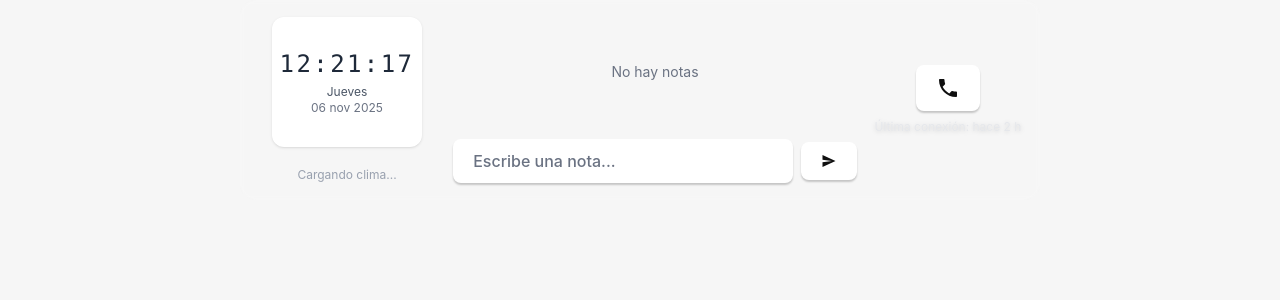
Repository: CodeByEvans/my-romantic-widget
Page: /
An editor plug-in stored every save of this project. The page is shown before and after the next save, followed by the edit.
The browser window is 1280 px wide. The pictures show the whole page.
The page's requests for data from a server got no answer. The project was rebuilt for these pictures with package versions that can differ from the ones it lists, and the page was loaded fresh each time. No one was signed in, and anything a server would have sent is missing. Also part of the build but not shown: vite.config.ts.

Above is the page before, as saved 2025-11-06 14:38:06.

### src/App.tsx
import "./App.css";
import { Clock } from "./components/Clock";
import { WeatherWidget } from "./components/WeatherWidget";
import { NotesList } from "./components/NotesList";
import { NoteInput } from "./components/NoteInput";
import { CallButton } from "./components/CallButton";

function App() {
  return (
    <main
      data-tauri-drag-region
      className="w-[800px] h-[200px] mx-auto flex items-center justify-between gap-4 p-4 bg-/white/10 backdrop-blur-[2px] rounded-2xl border border-white/10
      before:content-[''] before:absolute before:inset-0 before:rounded-2xl before:border before:border-white/20
      "
    >
      {/* Clima + Reloj */}
      <section className="flex flex-col justify-between items-center h-full w-[180px] gap-2">
        <Clock />
        <WeatherWidget />
      </section>

      {/* Notas + input */}
      <section className="flex flex-col justify-between h-full flex-1">
        <NotesList />
        <NoteInput />
      </section>

      {/* Llamada */}
      <section className="flex flex-col justify-center items-center h-full w-[150px]">
        <CallButton />
        <p className="text-xs text-gray-200 mt-2 drop-shadow-sm">
          Última conexión: hace 2 h
        </p>
      </section>
    </main>
  );
}

export default App;

### src/App.css
@import "tailwindcss";

.logo.vite:hover {
  filter: drop-shadow(0 0 2em #747bff);
}

.logo.react:hover {
  filter: drop-shadow(0 0 2em #61dafb);
}
:root {
  font-family: Inter, Avenir, Helvetica, Arial, sans-serif;
  font-size: 16px;
  line-height: 24px;
  font-weight: 400;

  color: #0f0f0f;
  background-color: #f6f6f6;

  font-synthesis: none;
  text-rendering: optimizeLegibility;
  -webkit-font-smoothing: antialiased;
  -moz-osx-font-smoothing: grayscale;
  -webkit-text-size-adjust: 100%;
  -webkit-app-region: drag;
}

.container {
  margin: 0;
  padding-top: 10vh;
  display: flex;
  flex-direction: column;
  justify-content: center;
  text-align: center;
}

.logo {
  height: 6em;
  padding: 1.5em;
  will-change: filter;
  transition: 0.75s;
}

.logo.tauri:hover {
  filter: drop-shadow(0 0 2em #24c8db);
}

.row {
  display: flex;
  justify-content: center;
}

a {
  font-weight: 500;
  color: #646cff;
  text-decoration: inherit;
}

a:hover {
  color: #535bf2;
}

h1 {
  text-align: center;
}

input,
button {
  border-radius: 8px;
  border: 1px solid transparent;
  padding: 0.6em 1.2em;
  font-size: 1em;
  font-weight: 500;
  font-family: inherit;
  color: #0f0f0f;
  background-color: #ffffff;
  transition: border-color 0.25s;
  box-shadow: 0 2px 2px rgba(0, 0, 0, 0.2);
  -webkit-app-region: no-drag;
}

button {
  cursor: pointer;
}

button:hover {
  border-color: #396cd8;
}
button:active {
  border-color: #396cd8;
  background-color: #e8e8e8;
}

input,
button {
  outline: none;
}

#greet-input {
  margin-right: 5px;
}

@media (prefers-color-scheme: dark) {
  :root {
    color: #f6f6f6;
  }

  a:hover {
    color: #24c8db;
  }

  input,
  button {
    color: #ffffff;
    background-color: #0f0f0f98;
  }
  button:active {
    background-color: #0f0f0f69;
  }
}

### src/components/Clock.tsx
import { useEffect, useState } from "react";

export const Clock = () => {
  const [time, setTime] = useState(new Date());

  useEffect(() => {
    const interval = setInterval(() => {
      setTime(new Date());
    }, 1000);
    return () => clearInterval(interval);
  }, []);

  const hours = time.getHours().toString().padStart(2, "0");
  const minutes = time.getMinutes().toString().padStart(2, "0");
  const seconds = time.getSeconds().toString().padStart(2, "0");

  const day = time.toLocaleDateString("es-ES", { weekday: "long" });
  const date = time.toLocaleDateString("es-ES", {
    day: "2-digit",
    month: "short",
    year: "numeric",
  });

  return (
    <div className="bg-white rounded-xl shadow-sm px-3 py-2 flex flex-col items-center justify-center w-[150px] h-[130px] backdrop-blur-sm">
      <p className="text-2xl font-mono tracking-widest text-gray-800">
        {hours}:{minutes}:{seconds}
      </p>
      <p className="text-xs text-gray-600 mt-1 capitalize">{day}</p>
      <p className="text-xs text-gray-500">{date}</p>
    </div>
  );
};

### src/components/WeatherWidget.tsx
import { JSX } from "react";
import { useWeather } from "../hooks/useWeather";
import {
  WiDaySunny,
  WiCloud,
  WiRain,
  WiSnow,
  WiThunderstorm,
  WiFog,
  WiDayHaze,
} from "react-icons/wi";

const weatherStyles: Record<string, { gradient: string; icon: JSX.Element }> = {
  Thunderstorm: {
    gradient: "from-indigo-800 via-purple-700 to-indigo-900 text-white",
    icon: <WiThunderstorm size={28} />,
  },
  Drizzle: {
    gradient: "from-sky-400 via-sky-500 to-blue-600 text-white",
    icon: <WiRain size={28} />,
  },
  Rain: {
    gradient: "from-blue-500 via-indigo-500 to-blue-700 text-white",
    icon: <WiRain size={28} />,
  },
  Snow: {
    gradient: "from-cyan-100 via-blue-100 to-blue-300 text-gray-700",
    icon: <WiSnow size={28} />,
  },
  Mist: {
    gradient: "from-gray-200 via-gray-300 to-gray-400 text-gray-800",
    icon: <WiFog size={28} />,
  },
  Haze: {
    gradient: "from-amber-200 via-amber-300 to-amber-400 text-gray-800",
    icon: <WiDayHaze size={28} />,
  },
  Clear: {
    gradient: "from-yellow-200 via-orange-300 to-pink-400 text-gray-900",
    icon: <WiDaySunny size={28} />,
  },
  Clouds: {
    gradient: "from-gray-300 via-gray-400 to-gray-600 text-gray-900",
    icon: <WiCloud size={28} />,
  },
  Fog: {
    gradient: "from-gray-300 via-gray-400 to-gray-500 text-gray-900",
    icon: <WiFog size={28} />,
  },
};

export const WeatherWidget = () => {
  const { data, loading, errorWeather } = useWeather();

  if (errorWeather)
    return <div className="text-xs text-red-400">{errorWeather}</div>;
  if (loading || !data)
    return <div className="text-xs text-gray-400">Cargando clima...</div>;

  const [city, info] = Object.entries(data)[0] || [];
  const temp = Math.round(info.main.temp);
  const condition = info.weather[0].main;

  const style = weatherStyles[condition] || weatherStyles["Clouds"];

  return (
    <div
      className={`relative flex flex-col items-center justify-center rounded-2xl
                  bg-gradient-to-br ${style.gradient} w-[150px] h-[100px]
                  backdrop-blur-md bg-opacity-70 shadow-[0_2px_10px_rgba(0,0,0,0.3)]
                  border border-white/20 overflow-hidden transition-all duration-500`}
    >
      {/* sutil capa de brillo animado */}
      <div className="absolute inset-0 bg-white/10 opacity-0 hover:opacity-20 transition-opacity duration-500" />

      {/* borde de reflejo superior */}
      <div className="absolute top-0 left-0 right-0 h-[1px] bg-white/40" />

      {/* contenido */}
      <div className="flex items-center gap-2">
        <div className="animate-pulse-slow">{style.icon}</div>
        <div className="flex flex-col items-start leading-tight">
          <h2 className="text-xs font-semibold tracking-wide drop-shadow-sm">
            {city}
          </h2>
          <p className="text-lg font-bold drop-shadow-sm">{temp}°C</p>
        </div>
      </div>
    </div>
  );
};

### src/components/NotesList.tsx
import { useRealTimeNotes } from "../hooks/useRealTimeNotes";

export const NotesList = () => {
  const notes = useRealTimeNotes();

  const sortedNotes = [...notes].sort(
    (a, b) =>
      new Date(b.created_at).getTime() - new Date(a.created_at).getTime()
  );

  const noteToShow = sortedNotes[0];
  if (!noteToShow)
    return (
      <div className="flex items-center justify-center h-[110px] text-gray-500 text-sm">
        No hay notas
      </div>
    );

  return (
    <div className="bg-white rounded-xl backdrop-blur-sm shadow-inner p-3 h-[110px] overflow-hidden">
      <div className="flex justify-between items-center mb-1">
        <h3 className="font-semibold text-sm text-gray-700">
          {noteToShow.from}
        </h3>
        <small className="text-xs text-gray-400">
          {new Date(noteToShow.created_at).toLocaleString()}
        </small>
      </div>
      <p className="text-gray-700 text-sm italic line-clamp-3">
        {noteToShow.message}
      </p>
    </div>
  );
};

### src/components/NoteInput.tsx
import { IoMdSend } from "react-icons/io";

export const NoteInput = () => {
  return (
    <form className="flex items-center gap-2 mt-2">
      <input
        type="text"
        placeholder="Escribe una nota..."
        className="flex-1 text-sm px-3 py-2 rounded-lg bg-white text-gray-800 placeholder-gray-500 focus:outline-none focus:ring-2 focus:ring-blue-300 transition-all"
      />
      <button
        type="submit"
        className="p-2 bg-blue-500 rounded-full text-white hover:bg-blue-600 transition-colors"
      >
        <IoMdSend size={16} />
      </button>
    </form>
  );
};

### src/components/CallButton.tsx
import { IoMdCall } from "react-icons/io";

export const CallButton = () => {
  return (
    <div className="flex flex-col items-center justify-center">
      <button className="p-4 bg-green-500 text-white rounded-full shadow-md hover:bg-green-600 hover:scale-105 transition-transform">
        <IoMdCall size={24} />
      </button>
    </div>
  );
};

### src/hooks/useWeather.ts
import { useEffect, useState } from "react";
import {
  getCityByCoordinates,
  getWeatherByCity,
} from "../services/weatherService";
import { WeatherData } from "../types/weather";
import { useGeolocation } from "./useGeolocation";

export const useWeather = () => {
  const { coords, error } = useGeolocation();
  const [data, setData] = useState<Record<string, WeatherData> | null>(null);
  const [loading, setLoading] = useState<boolean>(false);
  const [errorWeather, setErrorWeather] = useState<string | null>(null);

  useEffect(() => {
    if (error) setErrorWeather(error);
  }, [error]);

  useEffect(() => {
    if (!coords) return;

    const fetchWeather = async () => {
      setLoading(true);
      try {
        const city = await getCityByCoordinates(
          coords.latitude,
          coords.longitude
        );
        const weather = await getWeatherByCity(city[0].name);
        setData({ [city[0].name]: weather });
      } catch (error) {
        console.error(error);
      } finally {
        setLoading(false);
      }
    };

    fetchWeather();
  }, [coords]);

  return { data, loading, errorWeather };
};

### src/hooks/useRealTimeNotes.ts
import { useEffect, useState } from "react";
import z from "zod";
import { supabase } from "../services/supabaseClient";

const noteSchema = z.object({
  id: z.number(),
  from: z.string(),
  message: z.string(),
  created_at: z.string(),
});

type Note = z.infer<typeof noteSchema>;

export const useRealTimeNotes = () => {
  const [notes, setNotes] = useState<Note[]>([]);

  useEffect(() => {
    // Cargar notas iniciales
    supabase
      .from<"notes", Note>("notes")
      .select("*")
      .then(({ data, error }) => {
        if (data) {
          setNotes(data);
          console.log("Notas cargadas:", data);
        } else {
          console.error("Error fetching notes:", error);
        }
      });

    // Suscripción en tiempo real
    const channel = supabase
      .channel("public:notes")
      .on(
        "postgres_changes",
        { event: "*", schema: "public", table: "notes" },
        (payload) => {
          console.log("Cambio dettectado:", payload);

          if (payload.eventType === "INSERT") {
            const newNote = noteSchema.parse(payload.new);
            setNotes((prevNotes) => [...prevNotes, newNote]);
            console.log("Nota añadida:", newNote);
          } else if (payload.eventType === "UPDATE") {
            setNotes((prev) =>
              prev.map((note) =>
                note.id === payload.new.id
                  ? noteSchema.parse(payload.new)
                  : note
              )
            );
          } else if (payload.eventType === "DELETE") {
            setNotes((prev) =>
              prev.filter((note) => note.id !== payload.old.id)
            );
          }
        }
      )
      .subscribe();

    return () => {
      supabase.removeChannel(channel);
    };
  }, []);

  return notes;
};

### src/services/weatherService.ts
import { envs } from "../config/envs";

export const getWeatherByCity = async (city: string) => {
  const response = await fetch(
    `https://api.openweathermap.org/data/2.5/weather?q=${city}&appid=${envs.openWeatherApiKey}&units=metric`
  );

  if (!response.ok) {
    throw new Error("No se pudo obtener el clima");
  }
  return response.json();
};

export const getCityByCoordinates = async (lat: number, lon: number) => {
  const response = await fetch(
    `https://api.openweathermap.org/geo/1.0/reverse?lat=${lat}&lon=${lon}&limit=1&appid=${envs.openWeatherApiKey}`
  );

  if (!response.ok) {
    throw new Error("No se pudo obtener la ciudad");
  }

  return response.json();
};

### src/hooks/useGeolocation.ts
import { useEffect, useState } from "react";

export const useGeolocation = () => {
  const [coords, setCoords] = useState<{
    latitude: number;
    longitude: number;
  } | null>(null);
  const [error, setError] = useState<string | null>(null);

  useEffect(() => {
    if (!navigator.geolocation) {
      setError("Geolocalización no soportada por el navegador");
      return;
    }

    navigator.geolocation.getCurrentPosition(
      (position) => {
        setCoords({
          latitude: position.coords.latitude,
          longitude: position.coords.longitude,
        });
      },
      (err) => {
        setError(`Error obteniendo la geolocalización: ${err.message}`);
      }
    );
  }, []);

  return { coords, error };
};

### src/services/supabaseClient.ts
import { createClient } from "@supabase/supabase-js";
import { envs } from "../config/envs";

export const supabase = createClient(envs.supabaseUrl, envs.supabaseAnonKey, {
  realtime: {
    params: {
      eventsPerSecond: 10,
    },
  },
});

### src/config/envs.ts
import * as z from "zod";

const envSchema = z.object({
  VITE_SUPABASE_URL: z.string().url(),
  VITE_SUPABASE_ANON_KEY: z.string().min(1),
  VITE_OPEN_WEATHER_API_KEY: z.string().min(1),
});

const parsed = envSchema.parse(import.meta.env);

export const envs = {
  supabaseUrl: parsed.VITE_SUPABASE_URL,
  supabaseAnonKey: parsed.VITE_SUPABASE_ANON_KEY,
  openWeatherApiKey: parsed.VITE_OPEN_WEATHER_API_KEY,
};

Loaded but not shown: index.html (common file); src/main.tsx (common file)

After the next save:
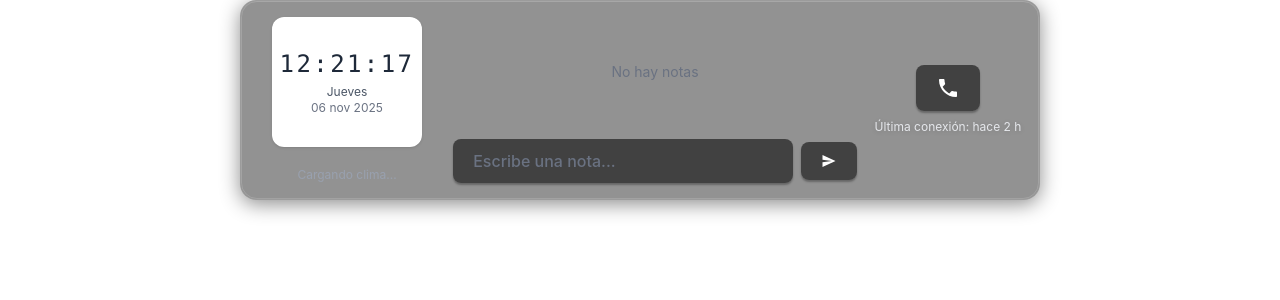
Saved 4 min 16 s later.
--- a/src/App.css
+++ b/src/App.css
@@ -1,68 +1,62 @@
 @import "tailwindcss";
 
-.logo.vite:hover {
-  filter: drop-shadow(0 0 2em #747bff);
-}
-
-.logo.react:hover {
-  filter: drop-shadow(0 0 2em #61dafb);
-}
+/* ======== CONFIGURACIÓN BASE ======== */
 :root {
   font-family: Inter, Avenir, Helvetica, Arial, sans-serif;
   font-size: 16px;
   line-height: 24px;
   font-weight: 400;
-
-  color: #0f0f0f;
-  background-color: #f6f6f6;
-
+  color: #f6f6f6;
+  background: transparent;
   font-synthesis: none;
   text-rendering: optimizeLegibility;
   -webkit-font-smoothing: antialiased;
   -moz-osx-font-smoothing: grayscale;
   -webkit-text-size-adjust: 100%;
-  -webkit-app-region: drag;
 }
 
-.container {
-  margin: 0;
-  padding-top: 10vh;
+/* ======== ESTILO GLOBAL DE LA APP ======== */
+main {
+  position: relative;
+  width: 800px;
+  height: 200px;
+  margin: 0 auto;
   display: flex;
-  flex-direction: column;
-  justify-content: center;
-  text-align: center;
+  align-items: center;
+  justify-content: space-between;
+  gap: 1rem;
+  padding: 1rem;
+
+  /* Fondo cristal oscuro */
+  background: rgba(15, 15, 15, 0.45);
+  backdrop-filter: blur(14px) saturate(140%);
+  -webkit-backdrop-filter: blur(14px) saturate(140%);
+  border-radius: 1rem;
+  border: 1px solid rgba(255, 255, 255, 0.08);
+
+  /* Sombra exterior suave */
+  box-shadow: 0 4px 20px rgba(0, 0, 0, 0.45),
+    inset 0 1px 0 rgba(255, 255, 255, 0.05);
+
+  -webkit-app-region: drag; /* Permitir mover la ventana */
 }
 
-.logo {
-  height: 6em;
-  padding: 1.5em;
-  will-change: filter;
-  transition: 0.75s;
+/* Borde interior sutil */
+main::before {
+  content: "";
+  position: absolute;
+  inset: 0;
+  border-radius: 1rem;
+  border: 1px solid rgba(255, 255, 255, 0.15);
+  pointer-events: none;
 }
 
-.logo.tauri:hover {
-  filter: drop-shadow(0 0 2em #24c8db);
+/* Los elementos interactivos deben ser “no drag” */
+main * {
+  -webkit-app-region: no-drag;
 }
 
-.row {
-  display: flex;
-  justify-content: center;
-}
-
-a {
-  font-weight: 500;
-  color: #646cff;
-  text-decoration: inherit;
-}
-
-a:hover {
-  color: #535bf2;
-}
-
-h1 {
-  text-align: center;
-}
-
+/* ======== ELEMENTOS ======== */
 input,
 button {
   border-radius: 8px;
@@ -71,49 +65,32 @@ button {
   font-size: 1em;
   font-weight: 500;
   font-family: inherit;
-  color: #0f0f0f;
-  background-color: #ffffff;
-  transition: border-color 0.25s;
-  box-shadow: 0 2px 2px rgba(0, 0, 0, 0.2);
-  -webkit-app-region: no-drag;
-}
-
-button {
-  cursor: pointer;
+  color: #fff;
+  background-color: rgba(30, 30, 30, 0.7);
+  transition: border-color 0.25s, background-color 0.25s;
+  box-shadow: 0 2px 2px rgba(0, 0, 0, 0.3);
 }
 
 button:hover {
   border-color: #396cd8;
 }
+
 button:active {
-  border-color: #396cd8;
-  background-color: #e8e8e8;
+  background-color: rgba(40, 40, 40, 0.7);
 }
 
-input,
-button {
-  outline: none;
+/* Enlaces */
+a {
+  font-weight: 500;
+  color: #61dafb;
+  text-decoration: inherit;
 }
 
-#greet-input {
-  margin-right: 5px;
+a:hover {
+  color: #24c8db;
 }
 
-@media (prefers-color-scheme: dark) {
-  :root {
-    color: #f6f6f6;
-  }
-
-  a:hover {
-    color: #24c8db;
-  }
-
-  input,
-  button {
-    color: #ffffff;
-    background-color: #0f0f0f98;
-  }
-  button:active {
-    background-color: #0f0f0f69;
-  }
+/* Otros elementos */
+h1 {
+  text-align: center;
 }
